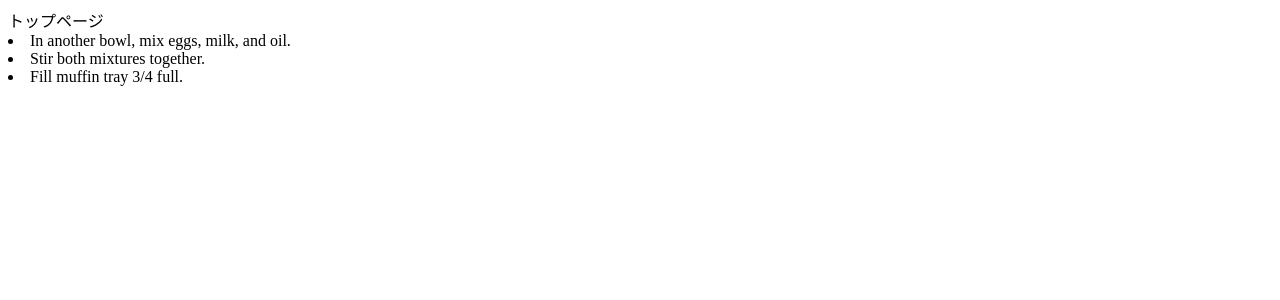
Repository: Mochacha1950/super-duper-octo-potato
Page: http://localhost/index
An editor plug-in stored every save of this project. The page is shown before and after the next save, followed by the edit.
The browser window is 1280 px wide. The pictures show the whole page.
The page is this project's Thymeleaf template; nobody is signed in. The template is opened directly, without the code that normally fills it, so the values that code supplies are empty.

Above is the page before, as saved 2024-07-16 02:14:41.

### eclipseWorkspace/shop/src/main/resources/templates/index.html
<!DOCTYPE html>
<html xmlns:th="http://www.thymeleaf.org">
<head>
<meta charset="UTF-8">
<title>title title</title>
</head>
<body>
	<!--/* asssdsssdsss */-->
	<div>トップページ</div>
	<div>
	<li>In another bowl, mix eggs, milk, and oil.</li>
    <li>Stir both mixtures together.</li>
    <li>Fill muffin tray 3/4 full.</li>
	</div>
</body>
</html>

After the next save:
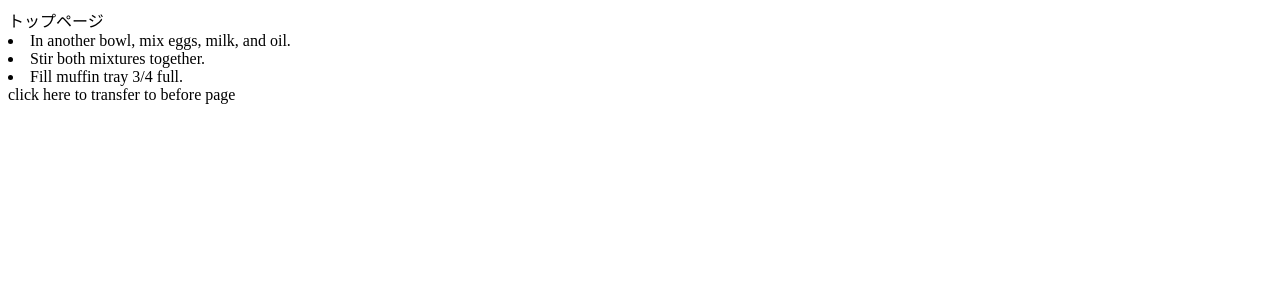
Saved 35 s later.
--- a/eclipseWorkspace/shop/src/main/resources/templates/index.html
+++ b/eclipseWorkspace/shop/src/main/resources/templates/index.html
@@ -12,5 +12,8 @@
     <li>Stir both mixtures together.</li>
     <li>Fill muffin tray 3/4 full.</li>
 	</div>
+
+	<a>click here to transfer to before page</a>
+
 </body>
 </html>
